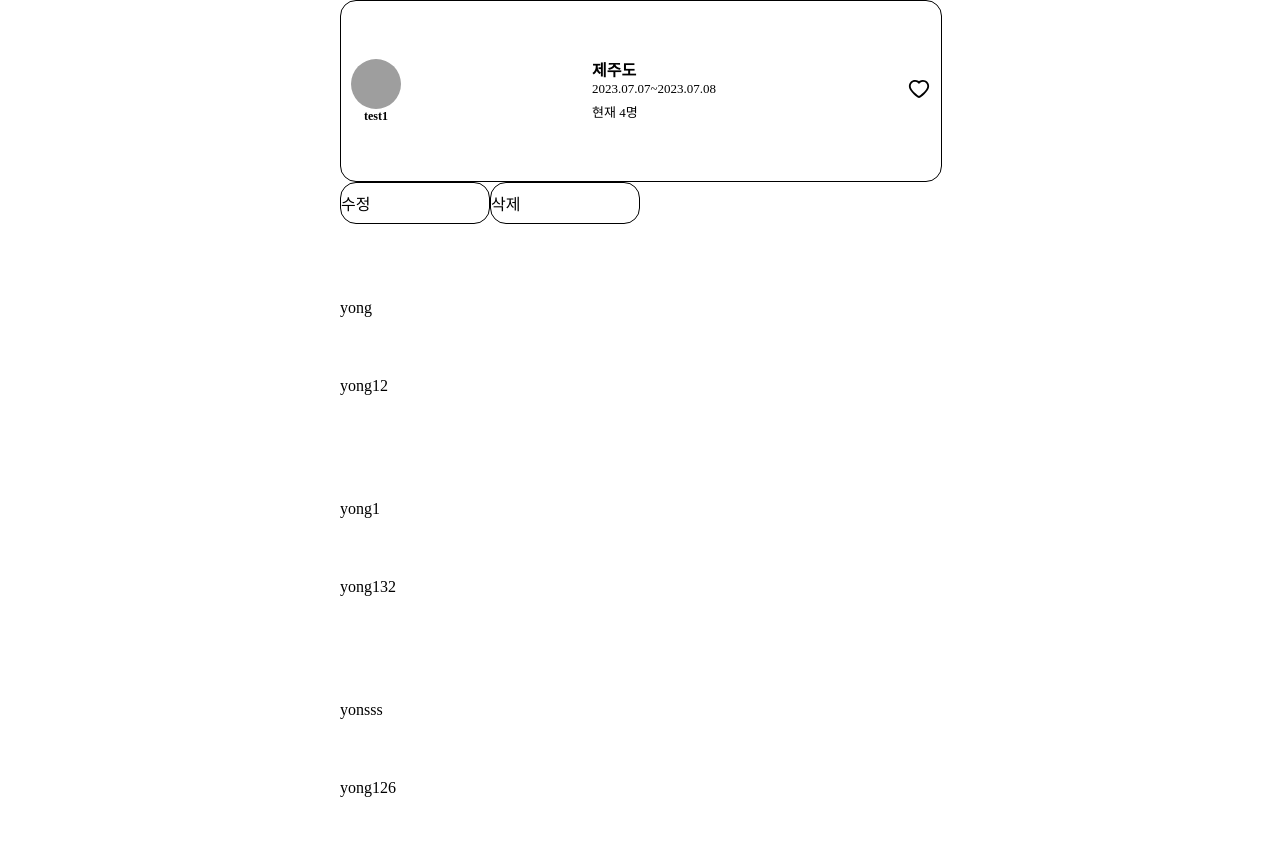
Repository: the-graces/matrip-web
Page: /tripSchedule (app in matrip/)
An editor plug-in stored every save of this project. The page is shown before and after the next save, followed by the edit.
The browser window is 1280 px wide. The pictures show the whole page.
Pictures or frames that could not be fetched are drawn as grey boxes. The project was rebuilt for these pictures with package versions that can differ from the ones it lists, and the page was loaded fresh each time. Also part of the build but not shown: matrip/src/pages/Main/mainStyle.tsx, matrip/src/pages/Main/Post.tsx, matrip/src/pages/Main/index.tsx, matrip/src/pages/FriendSearch/friendSearchStyle.tsx, matrip/src/pages/FriendSearch/index.tsx, matrip/src/pages/ItineraryInfo/index.scss, matrip/src/pages/ItineraryInfo/itineraryInfoStyle.tsx, matrip/src/pages/ItineraryInfo/index.tsx and 3 more.

Above is the page before, as saved 2023-07-09 12:43:39.

After the next save:
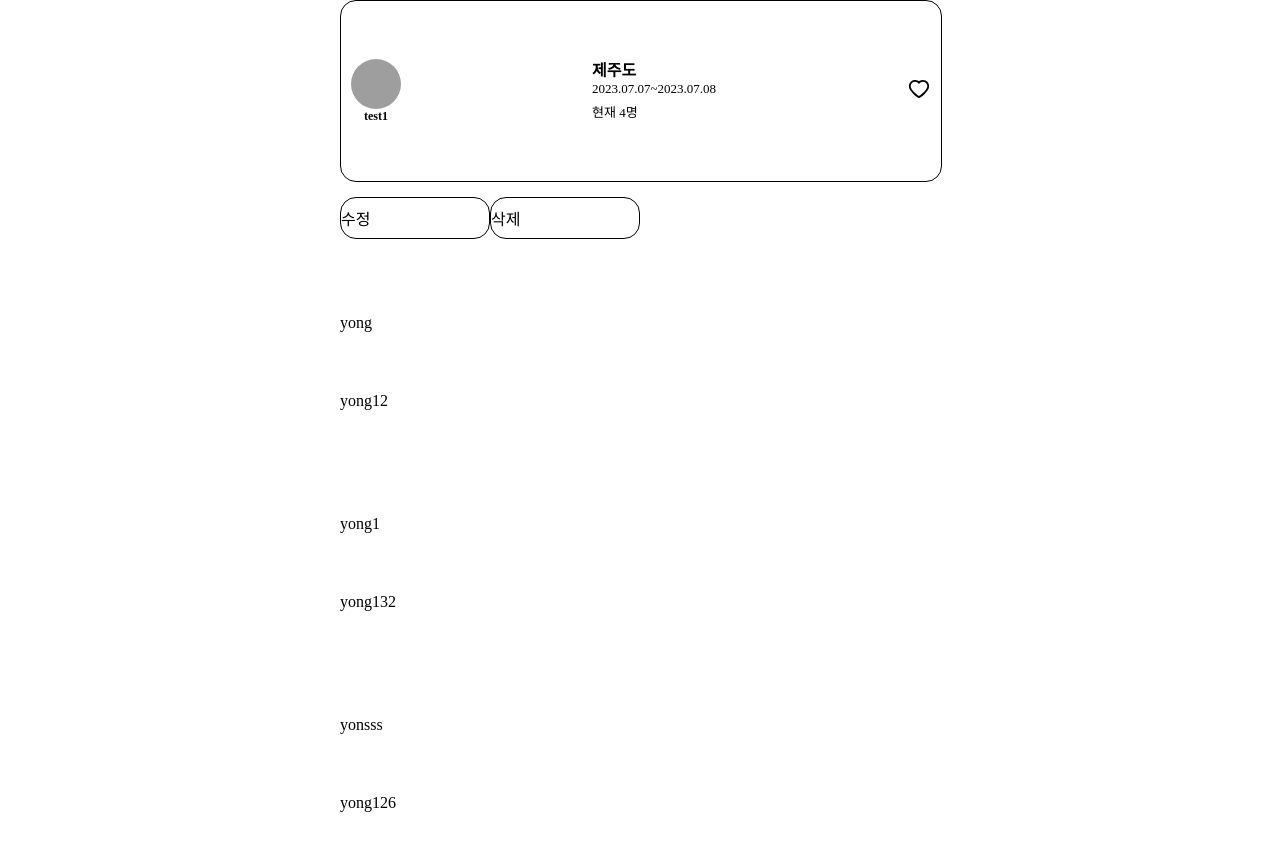
Saved 14 s later.
--- a/matrip/src/pages/TripSchedule/TripScheduleStyle.tsx
+++ b/matrip/src/pages/TripSchedule/TripScheduleStyle.tsx
@@ -72,6 +72,7 @@ export const TripSchedulePostButton = styled.div`
   width: 50%;
   display: flex;
   border-radius: 40px;
+  margin-top: 15px;
 `;
 
 export const TripSchedulePostButtonR = styled.div`
